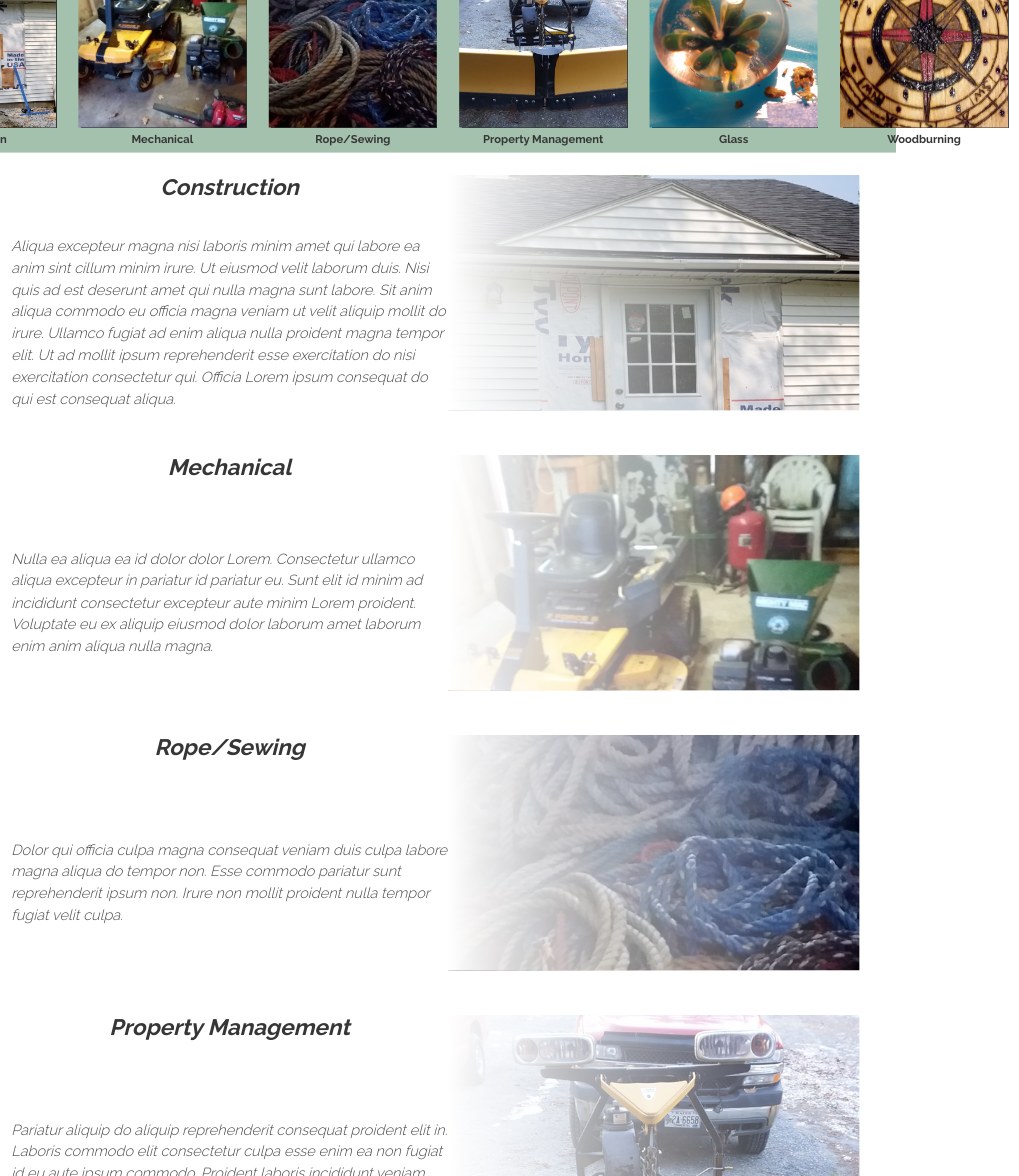
Repository: toddmcbrearty/duckpaddleduo
Page: /
The author's editor kept a copy of each file at every save. The page is drawn from the files as they stood at one save, then again after the next save.
The browser window is 1280 px wide. The page is 1456 px wide, so the pictures cover 1456 px, including what lies to the right of the window. The pictures show the part of the page from y = 800 to 2480 px (the page is 3487 px tall), at 70% of full size.
Some web fonts or font styles are not loaded; a fallback is used. The project was rebuilt for these pictures with package versions that can differ from the ones it lists, and the page was loaded fresh each time.

Above is the page before, as saved 2018-12-12 12:16:48.

### index.html
<!DOCTYPE html>
<html>
  <head>
    <meta charset="utf-8">
    <meta name="viewport" content="width=device-width,initial-scale=1.0">
    <title>duckpaddleduo</title>
  </head>
  <body>
    <div id="app"></div>
    <!-- built files will be auto injected -->
  </body>
</html>

### src/App.vue
<template>
  <div>
    <logo class="has-background-company"/>
    <call-board/>
    <services/>
    <hero-section v-for="service in services" :section="service.name" :key="service.name"/>
    <contact/>
  </div>
</template>

<script>
import CallBoard from "./components/CallBoard";
import Logo from "./components/Logo";
import Services from "./components/Services";
import HeroSection from "./components/HeroSection";
import Contact from "./components/Contact";

import store from "./store.js";

export default {
  name: "App",

  components: { CallBoard, Logo, Services, HeroSection, Contact },

  data() {
    return {
      services: store.services
    };
  }
};
</script>

<style lang="scss">
@import "./assets/scss/bootstrap.scss";

.hero-items {
  display: flex;
  flex-direction: column;
}
</style>

### src/router/index.js
import Vue from 'vue';
import Router from 'vue-router';
import Services from '@/components/Services';

Vue.use(Router);

export default new Router({
  routes: [
    {
      path: '/',
      name: 'Services',
      component: Services,
    },
  ],
});

### src/assets/scss/bootstrap.scss
@import './variables';
@import 'bulma/bulma.sass';
@import url('https://fonts.googleapis.com/css?family=Condiment|Delius+Unicase:400,700|Raleway:200,300,400,700|Source+Sans+Pro:300,400,700');

@mixin font-condiment {
  font-family: 'Condiment', cursive;
}

@mixin font-delius {
  font-family: 'Delius Unicase', cursive;
}

@mixin font-source-sans {
  font-family: 'Source Sans Pro', sans-serif;
}

@mixin raleway {
  font-family: 'raleway', sans-serif;
}

.raleway {
  @include raleway;
}

.font-condiment {
  @include font-condiment;
}

.font-delius {
  @include font-delius;
}

.font-source-sans {
  @include font-source-sans;
}

body {
  @include raleway;
  font-size: 300;
}

### src/assets/scss/_variables.scss
@import 'bulma/sass/utilities/initial-variables.sass';
@import 'bulma/sass/utilities/functions.sass';
@import 'bulma/sass/utilities/derived-variables.sass';

$company: #a3c1ad;
$company-1: #a0d6b4;
$company-2: #5f9ea0;
$company-3: #317873;
$company-4: #49796b;

$company-invert: findColorInvert($company);

$colors: mergeColorMaps(
  (
    'company': (
      $company,
      $company-invert,
    ),
  ),
  $custom-colors
);

### src/components/CallBoard.vue
<template>
  <div class="call-board is-flex" :class="pos">
    <div class="board">
      <div class="content">
        <div class="top has-text-centered">
          <div class="call-title">We offer 3 types of service:</div>
          <div class="g-c-f font-delius">GOOD • CHEAP • FAST</div>
          <div class="call-title">But you can only pick 2</div>
        </div>
        <div class="call-tag">
          <div class="has-text-centered">
            <span class="call">
              Good
              <span class="amper"></span> Cheap
            </span>
            <span class="to">won't be</span>
            <span class="action">Fast</span>
          </div>
          <div class="has-text-centered">
            <span class="call">
              Fast
              <span class="amper"></span> Good
            </span>
            <span class="to">won't be</span>
            <span class="action">Cheap</span>
          </div>
          <div class="has-text-centered">
            <span class="call">
              Cheap
              <span class="amper"></span> Fast
            </span>
            <span class="to">won't be</span>
            <span class="action">Good</span>
          </div>
        </div>
      </div>
    </div>
  </div>
</template>

<script>
export default {
  name: "CallBoard",

  props: {
    position: {
      default: "centered"
    }
  },

  data() {
    return {
      pos: ""
    };
  },

  created() {
    this.pos = this.position;
  }
};
</script>

<style lang="scss" >
@import "../assets/scss/bootstrap.scss";

.call-board {
  justify-content: flex-start;
  padding: 2em;

  &.right {
    justify-content: flex-end !important;
  }
  &.centered {
    justify-content: center !important;
  }
  color: black;

  .board {
    box-shadow: 0 0 2px rgb(160, 160, 160);
    border-radius: 8px;
    width: 16em;
    background: red;
    border-radius: 8px;
    padding: 0.3em;
    text-transform: uppercase;
    font-size: 3em;
    border: 3px white;

    .call-title {
      @include font-delius;
      font-size: 1.6rem;
      padding: 0.3rem 0;
    }

    .call-tag {
      padding: 1.2rem 0;
      border-top: 1rem solid red;
    }

    .content {
      background: white;
    }

    .g-c-f {
      font-weight: 700;
      background: red;
      color: white;
    }

    .call,
    .action {
      @include font-delius;
      font-weight: 700;
    }

    .to {
      font-size: 0.6em;
    }

    .amper {
      &::after {
        content: "&";
        color: red;
      }
    }
  }
}
</style>

### src/components/Logo.vue
<template>
  <div class="logo is-flex" :class="pos">
    <span class="title-container is-flex">
      <figure class="logo-image">
        <img src="../assets/images/duck-head.svg" class="logo-image">
      </figure>
      <span class="logo-title">Duck Paddle Duo</span>
    </span>
  </div>
</template>

<script>
export default {
  name: "Logo",

  props: {
    position: {
      default: "centered"
    }
  },

  data() {
    return {
      pos: ""
    };
  },

  created() {
    this.pos = this.position;
  }
};
</script>

<style lang="scss" scoped>
@import "../assets/scss/bootstrap.scss";

.logo {
  justify-content: flex-start;
  padding: 1em;

  &.right {
    justify-content: flex-end !important;
  }
  &.centered {
    justify-content: center !important;
  }
  .title-container {
    flex: 0 0 600px;
    $img-size: 5em;
    $gap: 0.5em;
    align-content: center;

    .logo-image {
      margin-right: $gap;
    }

    .logo-title {
      align-content: center;

      @include font-delius;
      font-size: 3rem;
      letter-spacing: normal;
      margin-bottom: 0;
      padding-bottom: 0;
    }

    figure {
      width: $img-size;
      height: $img-size;
    }
  }
}
</style>

### src/components/Services.vue
<template>
  <div class="is-flex service-container has-background-company">
    <div class="title has-text-centered">Services</div>
    <div class="columns services">
      <a
        :href="`#detail-section-${service.name}`"
        class="is-2 service"
        v-for="service in services"
        :key="service.name"
      >
        <figure class="image is-square">
          <figcaption v-text="service.name"></figcaption>
          <img class :src="`../../static/images/services/${service.image}`">
        </figure>
      </a>
    </div>
  </div>
</template>

<script>
import store from "../store.js";

export default {
  name: "Services",

  data() {
    return {
      services: store.services
    };
  },

  computed: {
    getLink() {
      if (this.service.name !== "undefined") {
        location.href = this.service.name;
      }
    }
  }
};
</script>

<style lang="scss">
@import "../assets/scss/bootstrap.scss";
.service-container {
  $image-size: 15em;

  flex-direction: column;
  padding: 2em 1em;

  .title {
    text-transform: capitalize;
  }

  .services {
    justify-content: center;

    .service {
      padding: 1em;

      .image {
        box-shadow: 1px 1px 1px $company-invert;
        width: $image-size;
        height: $image-size;

        figcaption {
          text-align: center;
          text-transform: capitalize;
          padding: 0.3em 0;
          font-weight: 700;
          color: $dark;
        }
      }
    }
  }
}
</style>

### src/components/HeroSection.vue
<template>
  <div
    :id="`detail-section-${service.name}`"
    class="hero-section is-flex"
    :class="{'reversed': reversed}"
  >
    <div class="text">
      <a :name="`detail-section-${section}`"></a>
      <h2 class="title has-text-centered" v-text="service.name"></h2>
      <div class="description" v-html="service.description"></div>
    </div>
    <div class="image-container">
      <div class="image-overlay" :class="{'reversed': reversed}"></div>
      <figure class="image">
        <img :src="getImage">
      </figure>
    </div>
  </div>
</template>

<script>
import store from "../store.js";

export default {
  name: "HeroSection",

  props: {
    section: {
      default: ""
    },
    reversed: {
      type: Boolean,
      default: false
    }
  },

  data() {
    return {
      services: store.services,
      service: {}
    };
  },

  created() {
    this.service = this.services
      .filter(service => service.name === this.section)
      .shift();
  },

  computed: {
    getImage() {
      return `../../static/images/services/${this.service.image}`;
    }
  }
};
</script>

<style lang="scss" scoped>
$height: 400px;

.hero-section {
  justify-self: center;

  height: $height;
  padding: 2em 1em;

  .text {
    background: white;
    flex: 0 0 50%;
    font-size: 1.3rem;
    font-weight: 300;
    font-style: italic;
    align-content: center;

    .title {
      text-transform: capitalize;
      font-weight: 700;
    }

    .description {
      display: table-cell;
      vertical-align: middle;
      height: 300px;
      width: 100%;
    }
  }

  .image-container {
    position: relative;

    .image-overlay {
      position: absolute;
      left: 0;
      top: 0;
      width: 100%;
      height: 100%;
      background-image: linear-gradient(to left, transparent, white);
      z-index: 2;

      &.reversed {
        background-image: linear-gradient(to right, transparent, white);
      }
    }

    .image {
      z-index: 1;
      flex: 0 0 50%;
      width: 100%;
      height: 100%;
      overflow: hidden;

      $angle: -10deg;

      img {
        width: 100%;
        height: auto;
      }
    }
  }
}
.reversed {
  flex-direction: row-reverse;
}
</style>

### src/components/Contact.vue
<template>
  <div id="contact-form">
    <form action>
      <div class="field">
        <label for class="label">Name:</label>
        <div class="class">
          <input type="text" class="input" placeholder="Name">
        </div>
      </div>
    </form>
  </div>
</template>

<script>
import store from "../store.js";

export default {
  name: "Contact"
};
</script>

<style scoped>
</style>

### src/store.js
const store = {
  company: {
    logo: 'duck-head.svg',
    tag: 'We can do anything!',
    name: 'Duck Puddle Duo',
    abbr: 'DPD',
    address: '52 Duck Puddle RD',
    city: 'Nobleboro',
    state: 'ME',
    postalcode: '04555',
    phoneNumbers: ['207 624 1147', '207 624 1847'],
    email: {
      primary: 'duckpuddleduo@gmail.com',
    },
  },
  services: [
    {
      name: 'construction',
      image: 'construction.jpg',
      description:
        'Aliqua excepteur magna nisi laboris minim amet qui labore ea anim sint cillum minim irure. Ut eiusmod velit laborum duis. Nisi quis ad est deserunt amet qui nulla magna sunt labore. Sit anim aliqua commodo eu officia magna veniam ut velit aliquip mollit do irure. Ullamco fugiat ad enim aliqua nulla proident magna tempor elit. Ut ad mollit ipsum reprehenderit esse exercitation do nisi exercitation consectetur qui. Officia Lorem ipsum consequat do qui est consequat aliqua.',
      breakdown: [
        'Custom Carpentry',
        'Masonry',
        'Roofing',
        'Decks',
        'Remodeling',
        'Plumbing',
        'Honey-do list',
      ],
    },
    {
      name: 'mechanical',
      image: 'mechanical.jpg',
      description:
        'Nulla ea aliqua ea id dolor dolor Lorem. Consectetur ullamco aliqua excepteur in pariatur id pariatur eu. Sunt elit id minim ad incididunt consectetur excepteur aute minim Lorem proident. Voluptate eu ex aliquip eiusmod dolor laborum amet laborum enim anim aliqua nulla magna.',
      breakdown: [
        'Service and repair of snowblowers',
        'generators',
        'log splitters',
        'weed wackers',
        'lawnmowers',
        'tractors',
        'heavy equipment and more. We also offer fabrication welding',
      ],
    },
    {
      name: 'rope/sewing',
      image: 'rope.jpg',
      description:
        'Dolor qui officia culpa magna consequat veniam duis culpa labore magna aliqua do tempor non. Esse commodo pariatur sunt reprehenderit ipsum non. Irure non mollit proident nulla tempor fugiat velit culpa.',
      breakdown: ['Custom Fyke nets', 'lobster rope doormats'],
    },
    {
      name: 'property management',
      image: 'property-management.jpg',
      description:
        'Pariatur aliquip do aliquip reprehenderit consequat proident elit in. Laboris commodo elit consectetur culpa esse enim ea non fugiat id eu aute ipsum commodo. Proident laboris incididunt veniam adipisicing duis ex.',
    },
    {
      name: 'glass',
      image: 'glass.jpg',
      description:
        'Nulla ullamco eiusmod cupidatat dolor ex ea. Consequat pariatur laborum velit nulla ad et sunt nulla aliquip. In officia qui culpa enim reprehenderit et ipsum excepteur minim sint sint. Tempor exercitation do dolore aliqua qui anim laborum magna.',
      breakdown: [
        'Lampwork-handmade beads',
        'pendants',
        'wine stoppers',
        'ornaments',
        'cremation pendants',
        'window hangers and more. If you can dream it',
        'we can make it… Stained Glass- custom designs made to order',
      ],
    },
    {
      name: 'woodburning',
      image: 'wood-burning.jpg',
      description:
        'Ex minim adipisicing laborum culpa est. Lorem irure qui velit officia laboris. Esse eiusmod tempor amet anim proident.',
      breakdown: ['Custom signs made to order in any shape or size.'],
    },
  ],

  employees: {
    owners: ['Lawrence Friend Jr.', 'Emerald Friend'],
  },
};

export default store;

Loaded but not shown: src/main.js (common file)

After the next save:
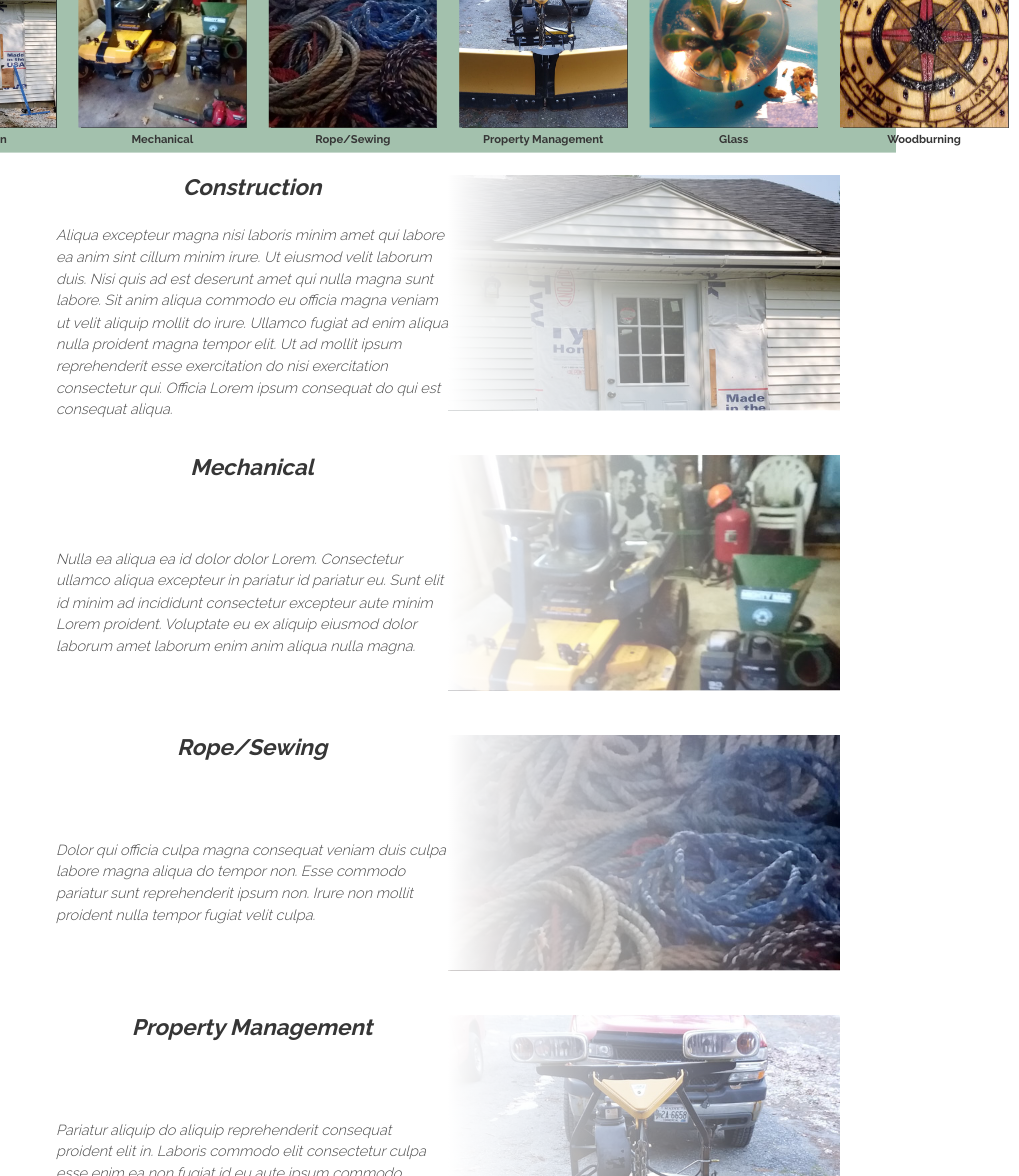
Saved 33 s later.
--- a/src/App.vue
+++ b/src/App.vue
@@ -3,7 +3,12 @@
     <logo class="has-background-company"/>
     <call-board/>
     <services/>
-    <hero-section v-for="service in services" :section="service.name" :key="service.name"/>
+    <hero-section
+      class="container"
+      v-for="service in services"
+      :section="service.name"
+      :key="service.name"
+    />
     <contact/>
   </div>
 </template>
